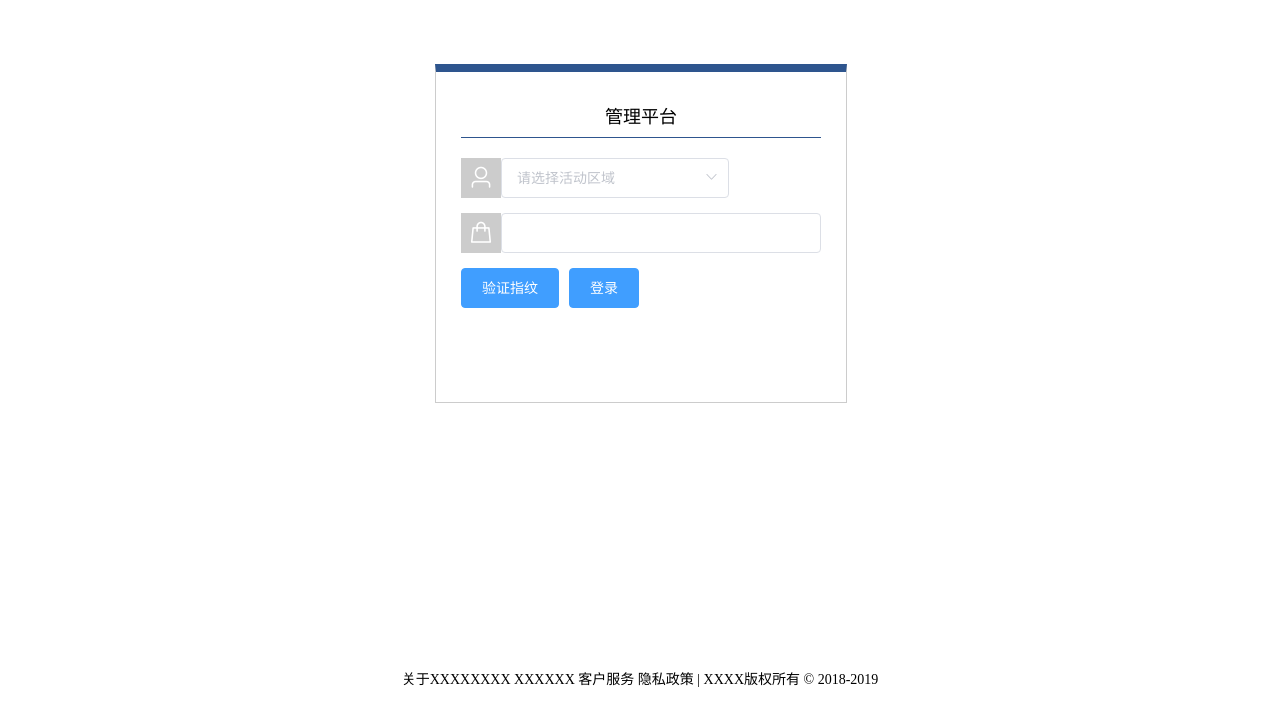
Repository: lff528/man_system
Page: /
An editor plug-in stored every save of this project. The page is shown before and after the next save, followed by the edit.
The browser window is 1280 px wide. The pictures show the whole page.
The project was rebuilt for these pictures with package versions that can differ from the ones it lists, and the page was loaded fresh each time.

Above is the page before, as saved 2020-01-03 13:32:42.

After the next save:
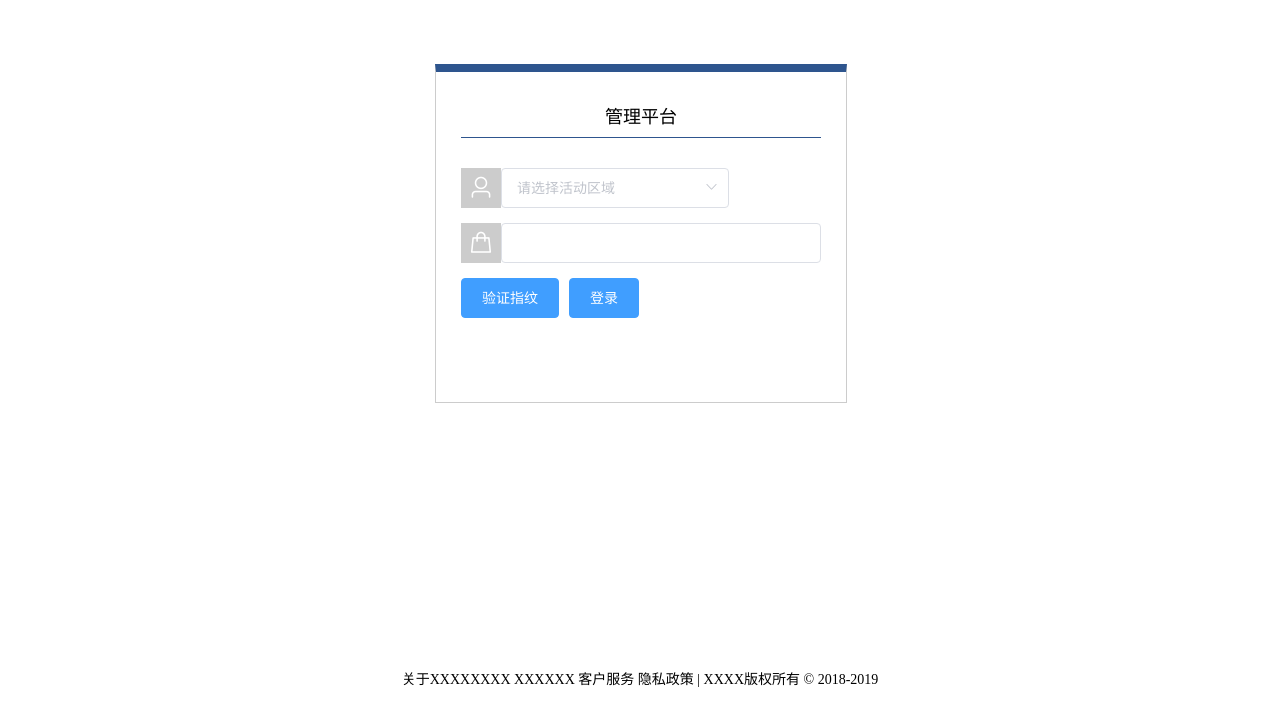
Saved 3 min 20 s later.
--- a/src/components/login/index.vue
+++ b/src/components/login/index.vue
@@ -100,7 +100,7 @@ export default {
 
             }
             p:first-child{
-              margin-top: 20px;
+              margin-top: 30px;
             }
           }
         }
